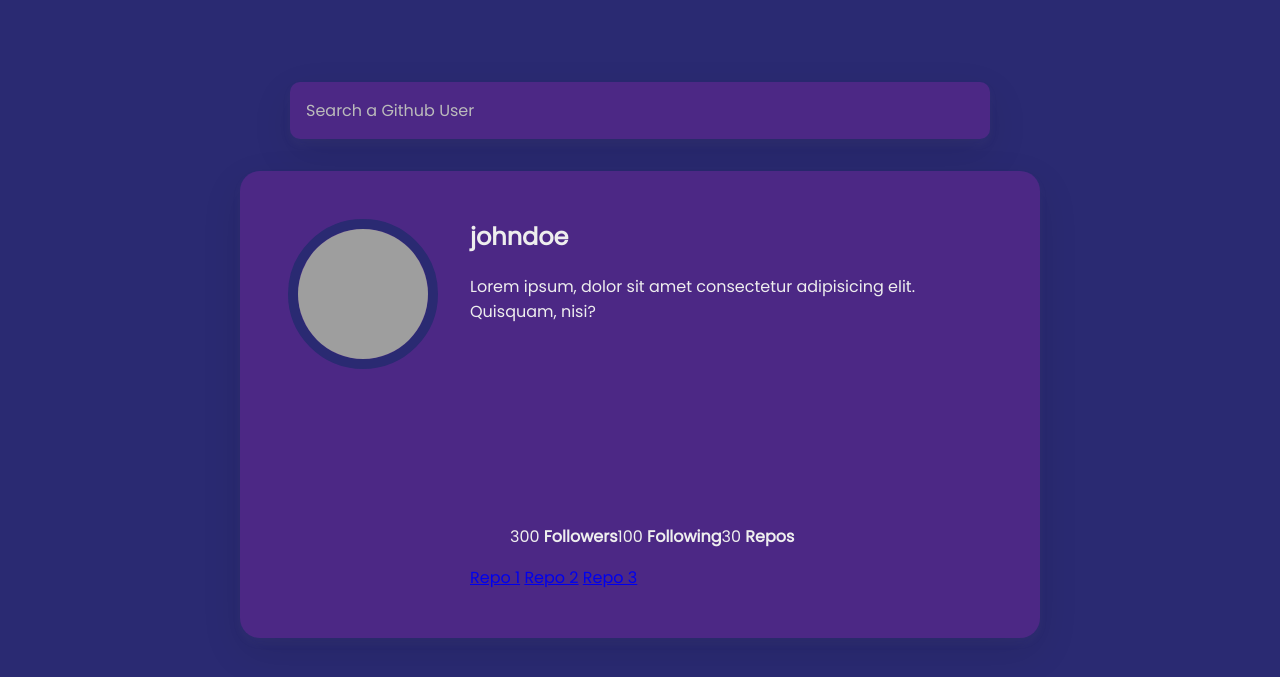
Repository: eagle-tex/50-projects-BT
Page: 28-github-profiles/index.html
An editor plug-in stored every save of this project. The page is shown before and after the next save, followed by the edit.
The browser window is 1280 px wide. The pictures show the whole page.
Pictures or frames that could not be fetched are drawn as grey boxes.

Above is the page before, as saved 2021-01-23 11:05:59.

### 28-github-profiles/index.html
<!DOCTYPE html>
<html lang="en">

<head>
  <meta charset="UTF-8" />
  <meta name="viewport" content="width=device-width, initial-scale=1.0" />
  <link rel="stylesheet" href="style.css" />
  <title>Github Profiles</title>
</head>

<body>
  <form class="user-form" id="form">
    <input type="text" id="search" placeholder="Search a Github User">
  </form>

  <main id="main">
    <div class="card">
      <div>
        <img src="https://randomuser.me/api/portraits/men/30.jpg" alt="" class="avatar">
      </div>
      <div class="user-info">
        <h2>johndoe</h2>
        <p>Lorem ipsum, dolor sit amet consectetur adipisicing elit. Quisquam, nisi?</p>

        <ul>
          <li>300 <strong>Followers</strong></li>
          <li>100 <strong>Following</strong></li>
          <li>30 <strong>Repos</strong></li>
        </ul>

        <div id="repos">
          <a href="#" class="repos">Repo 1</a>
          <a href="#" class="repos">Repo 2</a>
          <a href="#" class="repos">Repo 3</a>
        </div>

      </div>
    </div>
  </main>

  <script src="script.js"></script>
</body>

</html>

### 28-github-profiles/style.css
@import url('https://fonts.googleapis.com/css2?family=Poppins:wght@200;400&display=swap');

:root {
  --body-bg: #2a2a72;
  --form-bg: #4c2885;
}

* {
  box-sizing: border-box;
}

body {
  background-color: var(--body-bg);
  color: #fff;
  font-family: 'Poppins', sans-serif;
  display: flex;
  flex-direction: column;
  align-items: center;
  justify-content: center;
  height: 100vh;
  overflow: hidden;
  margin: 0;
}

.user-form {
  width: 100%;
  max-width: 700px;
}

.user-form input {
  width: 100%;
  display: block;
  background-color: var(--form-bg);
  border: none;
  border-radius: 10px;
  -webkit-border-radius: 10px;
  -moz-border-radius: 10px;
  -ms-border-radius: 10px;
  -o-border-radius: 10px;
  color: #fff;
  padding: 1rem;
  margin-bottom: 2rem;
  font-family: inherit;
  font-size: 1rem;
  box-shadow: 0 5px 10px rgba(154, 160, 185, 0.05),
    0 15px 40px rgba(0, 0, 0, 0.1);
}

.user-form input::placeholder {
  color: #bbb;
}

.user-form input:focus {
  outline: none;
}

.card {
  max-width: 800px;
  background-color: var(--form-bg);
  border-radius: 20px;
  -webkit-border-radius: 20px;
  -moz-border-radius: 20px;
  -ms-border-radius: 20px;
  -o-border-radius: 20px;
  box-shadow: 0 5px 10px rgba(154, 160, 185, 0.05),
    0 15px 40px rgba(0, 0, 0, 0.1);
  display: flex;
  padding: 3rem;
  margin: 0 1.5rem;
}

.avatar {
  border-radius: 50%;
  -webkit-border-radius: 50%;
  -moz-border-radius: 50%;
  -ms-border-radius: 50%;
  -o-border-radius: 50%;
  border: 10px solid var(--body-bg);
  height: 150px;
  width: 150px;
}

.user-info {
  color: #eee;
  margin-left: 2rem;
}

.user-info h2 {
  margin-top: 0;
}

.user-info ul {
  display: flex;
  list-style-type: none;
  margin-top: 200px;
}

Loaded but not shown: 28-github-profiles/script.js (no copy from this time; the picture is the same without it)

After the next save:
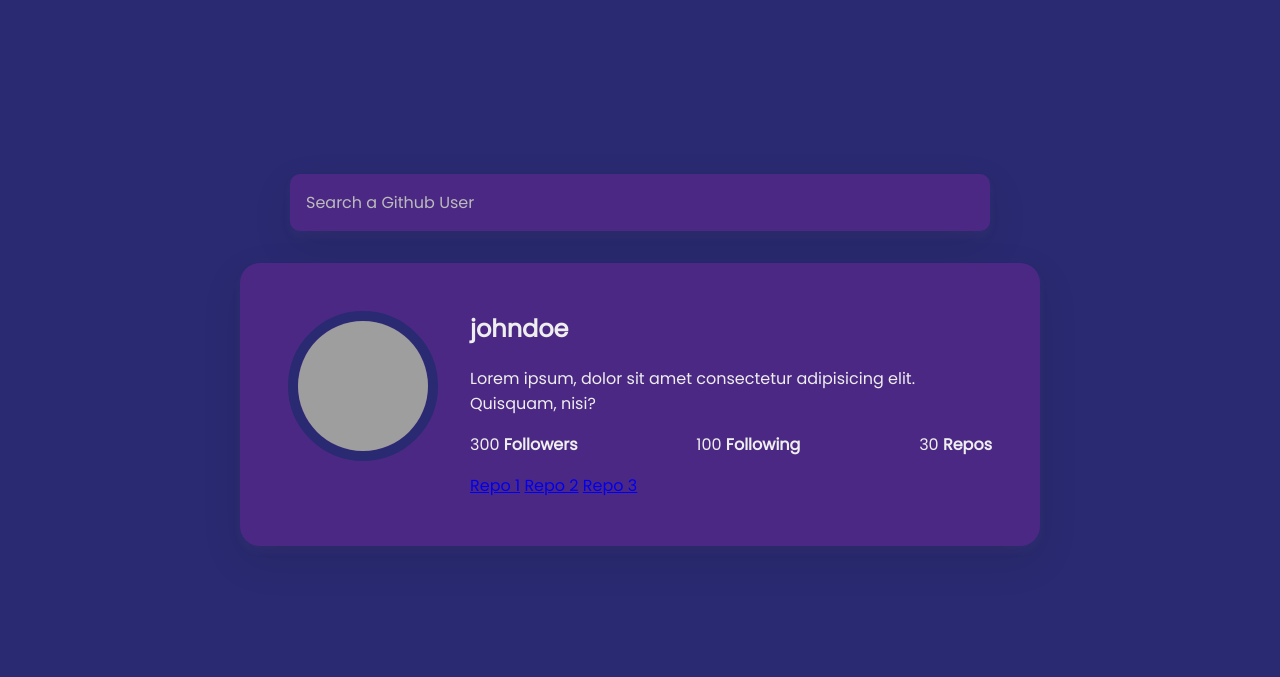
Saved 17 s later.
--- a/28-github-profiles/style.css
+++ b/28-github-profiles/style.css
@@ -90,7 +90,8 @@ body {
 }
 
 .user-info ul {
+  list-style-type: none;
   display: flex;
-  list-style-type: none;
-  margin-top: 200px;
+  justify-content: space-between;
+  padding: 0;
 }
